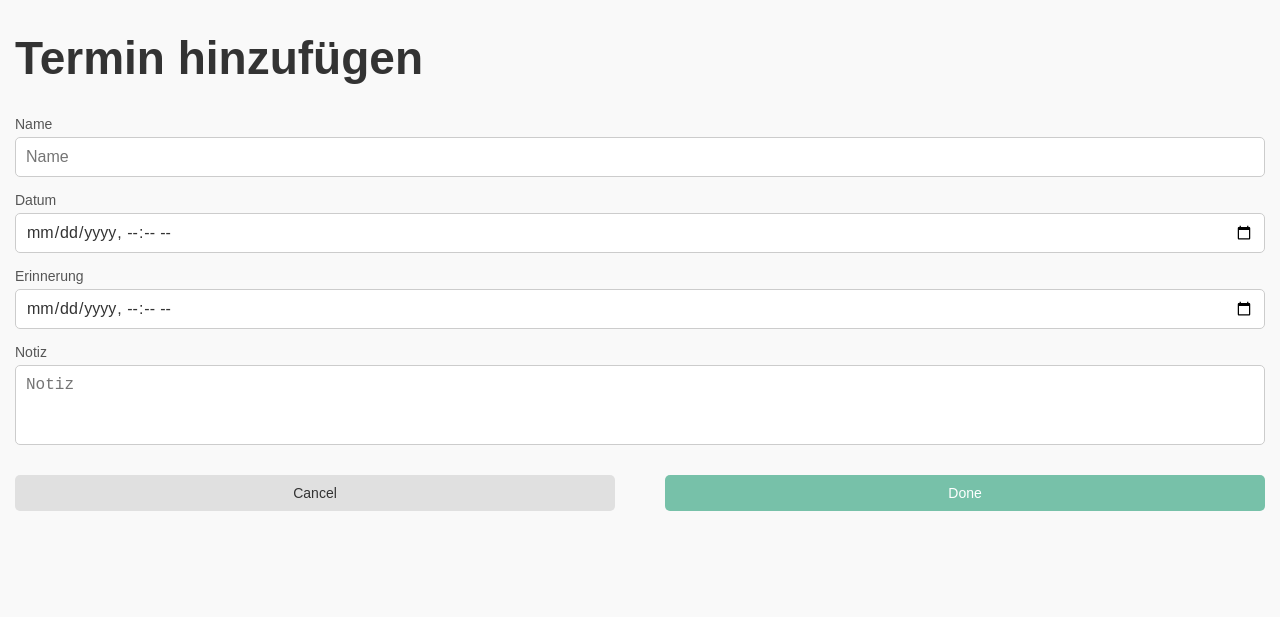
Repository: jakemoes/Pet-Tracker
Page: PWA/addAppointment.html
The author's editor kept a copy of each file at every save. The page is drawn from the files as they stood at one save, then again after a run of saves.
The browser window is 1280 px wide. The pictures show the whole page.

Above is the page before, as saved 2024-12-06 19:40:20.

### PWA/addAppointment.html
<!DOCTYPE html>
<html lang="de">
<head>
    <meta charset="UTF-8">
    <meta name="viewport" content="width=device-width, initial-scale=1.0">
    <link rel="stylesheet" href="addAppointment.css">
    <title>Termin hinzufügen</title>
</head>
<body>
    <div class="form-container">
        <h1>Termin hinzufügen</h1>
        <form>
            <label for="name">Name</label>
            <input type="text" id="name" name="name" placeholder="Name">

            <label for="datum">Datum</label>
            <input type="datetime-local" id="datum" name="datetime">

            <label for="erinnerung">Erinnerung</label>
            <input type="datetime-local" id="erinnerung" name="erinnerung">

            <label for="notiz">Notiz</label>
            <textarea id="notiz" name="notiz" placeholder="Notiz"></textarea>

            <div class="button-container">
                <button type="button" class="cancel-btn">Cancel</button>
                <button type="submit" class="done-btn">Done</button>
            </div>
        </form>
    </div>
</body>
</html>

### PWA/addAppointment.css
body {
    font-family: Arial, sans-serif;
    margin: 0;
    padding: 0;
    background-color: #f9f9f9;
    width: 100%;
    overflow: hidden;
}

.container {
    max-width: 100%;
    max-height: 100%;
    margin-top: 15px;
    margin-right: 15px;
    margin-left: 15px;
}

header {
    display: flex;
    justify-content: space-between;
    align-items: center;
}

h1 {

    position: relative;
    font-size: 46px;
    text-align: left;
    margin-left: 15px;
    color: #333;

}

form {
    display: flex;
    flex-direction: column;
    width: 100%; /* Form nimmt die volle Breite der Webseite ein */
    padding: 0 15px; /* 15px Abstand an beiden Seiten */
    box-sizing: border-box; /* Padding wird in der Breitenberechnung berücksichtigt */
    max-width: 100%; /* Verhindert, dass das Formular breiter als der Bildschirm wird */
}

label {
    margin-bottom: 5px;
    color: #555;
    font-size: 14px;
}

input, textarea {
    margin-bottom: 15px; /* Abstand zwischen den Eingabefeldern */
    padding: 10px;
    border: 1px solid #ccc;
    border-radius: 5px;
    font-size: 16px;
    width: 100%; /* Eingabefelder und Textarea nehmen die volle Breite des Formulars ein */
    box-sizing: border-box; /* Padding und Border werden in der Breitenberechnung berücksichtigt */
}

textarea {
    resize: none;
    height: 80px;
}

input[type="datetime-local"] {
    font-family: Arial, sans-serif; /* Einheitliche Schriftart */
    font-size: 16px; /* Schriftgröße */
    color: #333; /* Textfarbe */
    background-color: #FFF; /* Hintergrundfarbe */
    border: 1px solid #ccc; /* Rahmen */
    border-radius: 5px; /* Abgerundete Ecken */
    padding: 10px; /* Innenabstand */
    box-sizing: border-box; /* Verhindert Überschreiten der Breite */
    width: 100%; /* Volle Breite */
    max-width: 100%; /* Maximalbreite verhindern */
    height: 40px;
    appearance: none; /* Entfernt die native Darstellung */
    text-align: left;
}

/* Anpassung für iOS Safari */
input[type="date"]::-webkit-calendar-picker-indicator {
    background: transparent; /* Hintergrund des Kalendersymbols */
    color: #333; /* Farbe des Symbols (falls sichtbar) */
    cursor: pointer; /* Cursor-Stil */
}

.button-container {
    display: flex;
    justify-content: space-between;
    width: 100%; /* Container für Buttons nimmt die volle Breite des Formulars ein */
    margin-top: 15px;
}

.cancel-btn, .done-btn {
    border: none;
    border-radius: 5px;
    padding: 10px 15px;
    font-size: 14px;
    cursor: pointer;
    width: 48%; /* Buttons nehmen jeweils 48% der Breite des Containers ein */
}

.cancel-btn {
    background-color: #e0e0e0;
    color: #333;
}

.done-btn {
    background-color: #77c1a9;
    color: #fff;
}

.cancel-btn:hover {
    background-color: #d6d6d6;
}

.done-btn:hover {
    background-color: #66b398;
}

After the next 3 saves:
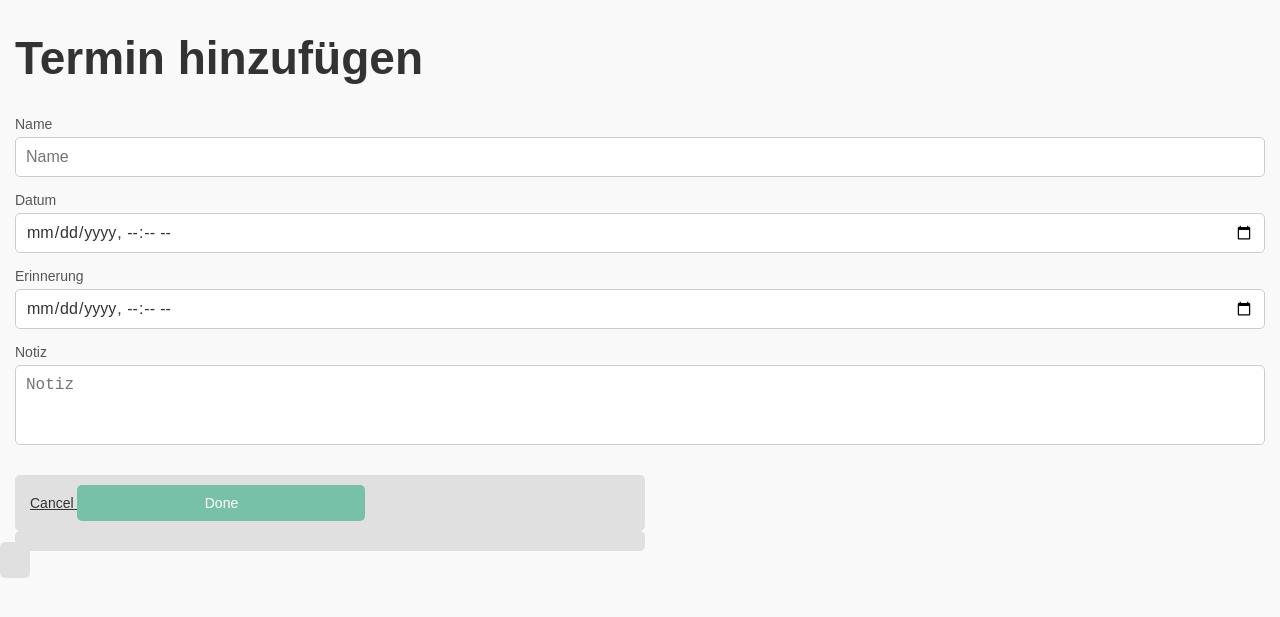
The 3 saves are shown as one change because they came seconds apart.
The last was saved 5 min 37 s later.
--- a/PWA/addAppointment.html
+++ b/PWA/addAppointment.html
@@ -23,7 +23,7 @@
             <textarea id="notiz" name="notiz" placeholder="Notiz"></textarea>
 
             <div class="button-container">
-                <button type="button" class="cancel-btn">Cancel</button>
+                <a href="<button type="button" class="cancel-btn">Cancel</button>
                 <button type="submit" class="done-btn">Done</button>
             </div>
         </form>
